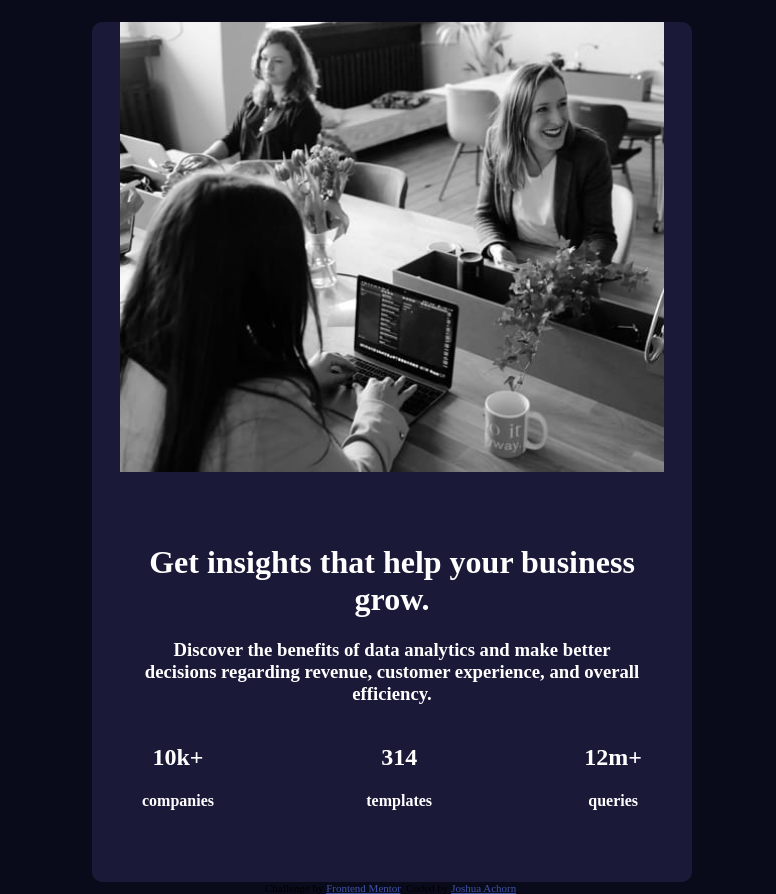
Repository: Achorn/stats-preview-card
Page: index.html
An editor plug-in stored every save of this project. The page is shown before and after the next save, followed by the edit.
The browser window is 768 px wide. The page is 776 px wide, so the pictures cover 776 px, including what lies to the right of the window. The pictures show the whole page.

Above is the page before, as saved 2021-06-16 17:52:09.

### index.html
<!DOCTYPE html>
<html lang="en">
  <head>
    <meta charset="UTF-8" />
    <meta name="viewport" content="width=device-width, initial-scale=1.0" />
    <!-- displays site properly based on user's device -->
    <link rel="stylesheet" href="styles.css" />
    <link
      rel="icon"
      type="image/png"
      sizes="32x32"
      href="./images/favicon-32x32.png"
    />

    <title>Frontend Mentor | Stats preview card component</title>

    <!-- Feel free to remove these styles or customise in your own stylesheet 👍 -->
    <style>
      .attribution {
        font-size: 11px;
        text-align: center;
      }
      .attribution a {
        color: hsl(228, 45%, 44%);
      }
    </style>
  </head>
  <body>
    <div id="card-container">
      <div id="text-container">
        <div id="title-container">
          <h1 id="title">Get insights that help your business grow.</h1>
          <h3>
            Discover the benefits of data analytics and make better decisions
            regarding revenue, customer experience, and overall efficiency.
          </h3>
        </div>

        <div id="desc-container">
          <div id="desc">
            <h2>10k+</h2>
            <h4>companies</h4>
          </div>
          <div id="desc">
            <h2>314</h2>
            <h4>templates</h4>
          </div>
          <div id="desc">
            <h2>12m+</h2>
            <h4>queries</h4>
          </div>
        </div>
      </div>
      <div id="img-container">
        <img id="stat-image" src="./images/image-header-desktop.jpg" alt="" />
      </div>
    </div>
    <div class="attribution">
      Challenge by
      <a href="https://www.frontendmentor.io?ref=challenge" target="_blank"
        >Frontend Mentor</a
      >. Coded by <a href="#">Joshua Achorn</a>.
    </div>
  </body>
</html>

### styles.css
body {
  padding-top: 50px;
  width: 100%;
  /* background-color: white; */
  background-color: hsl(233, 47%, 7%);
  height: 100vh;
  display: flex;
  flex-direction: column;
  justify-content: center;
  align-items: center;
}

#card-container {
  /* overflow: hidden; */
  border-radius: 10px;
  width: 90%;
  max-width: 1100px;
  color: white;
  background-color: hsl(244, 38%, 16%);
  display: flex;
}

#text-container {
  padding: 50px;
}
#desc-container {
  display: flex;
  justify-content: space-between;
  flex-wrap: wrap;
}
#img-container {
  margin: 0px;
  display: inline-block;
}
img {
  width: auto;
  height: 100%;
}

@media screen and (max-width: 1000px) {
  #card-container {
    max-width: 600px;
    text-align: center;
    width: 90%;
    flex-direction: column-reverse;
  }
}

@media screen and (max-width: 500px) {
  #desc-container {
    flex-direction: column;
    justify-content: center;
  }
}

After the next save:
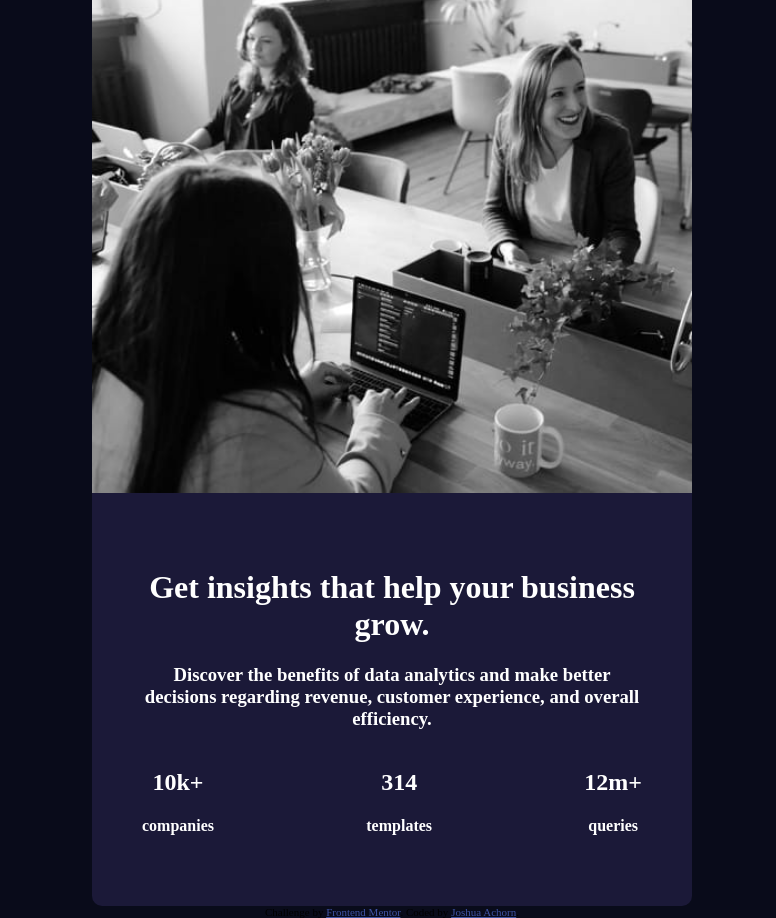
Saved 9 s later.
--- a/styles.css
+++ b/styles.css
@@ -44,6 +44,10 @@ img {
     width: 90%;
     flex-direction: column-reverse;
   }
+  img {
+    width: 100%;
+    height: auto;
+  }
 }
 
 @media screen and (max-width: 500px) {
